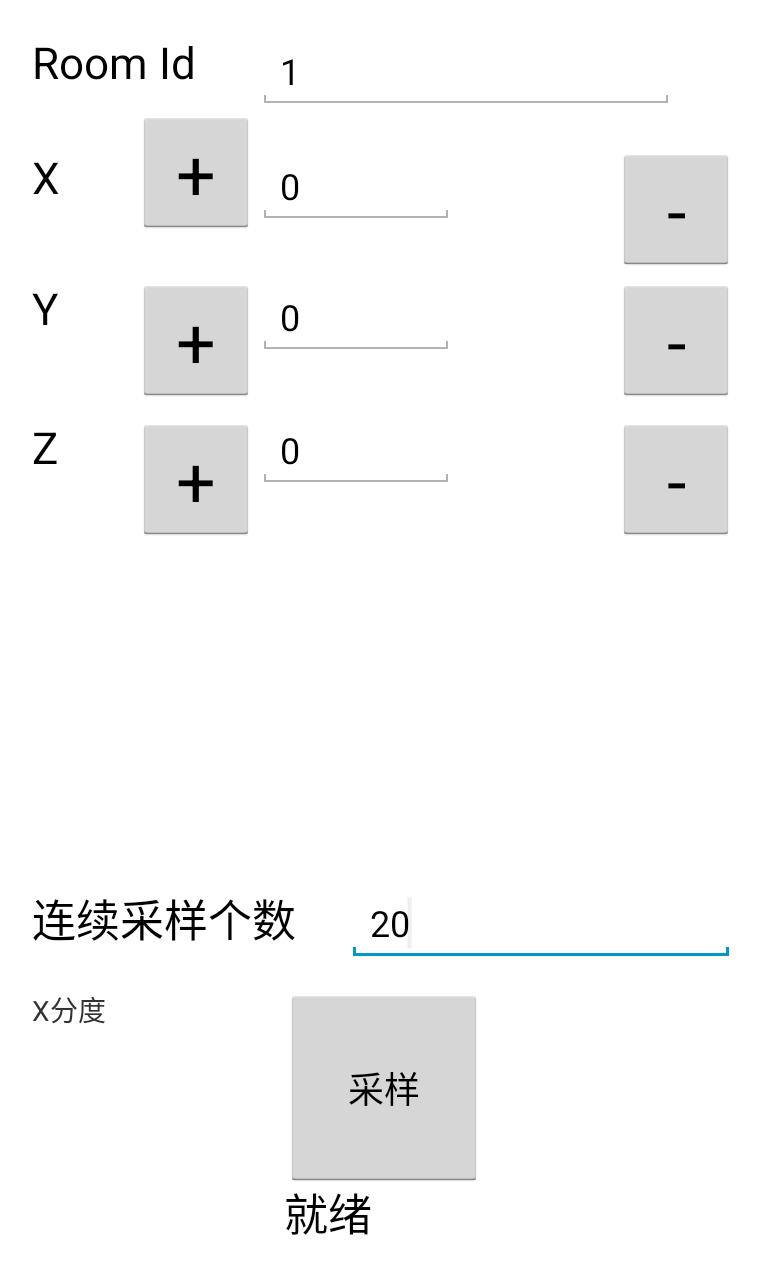
Repository: RenchuSong/tMap_Android
Layout: tmap_model_tool/res/layout/wifi_conllector.xml
These files come from the project's save history. The layout is drawn as it stood at one moment and after the next save; the edit follows.
It is drawn on a 768 x 1280 px phone screen (xhdpi) without system bars, with theme AppTheme; the app's code is not run.

Above is the layout before, as saved 2014-04-21 11:37:49.

After the next save:
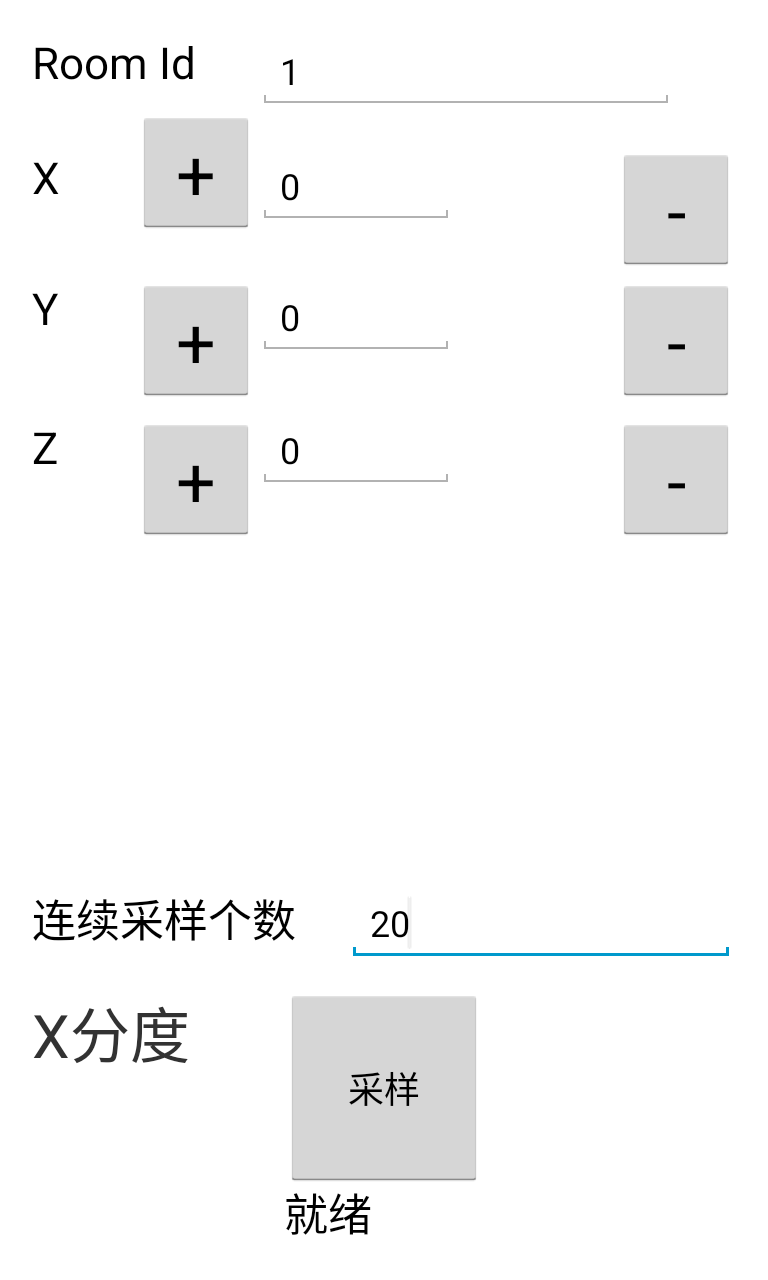
Saved 26 s later.
--- a/tmap_model_tool/res/layout/wifi_conllector.xml
+++ b/tmap_model_tool/res/layout/wifi_conllector.xml
@@ -193,6 +193,7 @@
         android:layout_height="wrap_content"
         android:layout_alignLeft="@+id/textView5"
         android:layout_alignTop="@+id/scan"
+        android:textSize="30sp"
         android:text="X分度" />
 
 </RelativeLayout>
